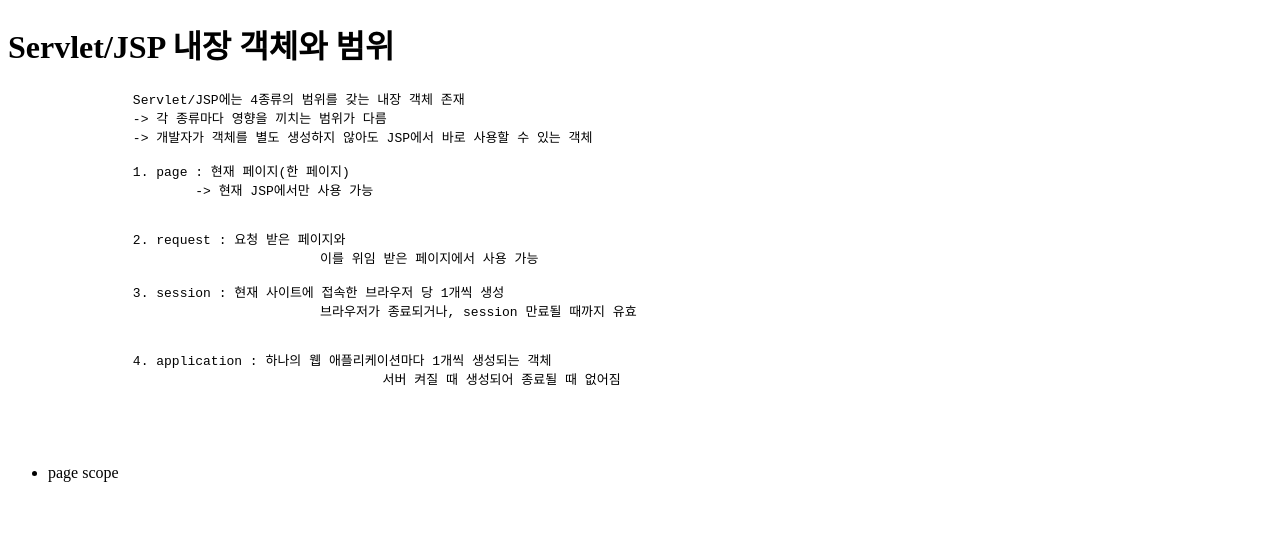
Repository: ahnjaeyoun/6_Server
Page: http://localhost/JSPProject2/scope
These files come from the project's save history. The page is drawn as it stood at one moment and after the next save; the edit follows.
The browser window is 1280 px wide. The pictures show the whole page.
The page is served by Tomcat 9. Other server files are loaded and not shown.

Above is the page before, as saved 2023-09-19 02:19:25.

### JSPProject2/src/main/webapp/WEB-INF/views/scope/scope.jsp
<%@ page language="java" contentType="text/html; charset=UTF-8"
    pageEncoding="UTF-8"%>
<!DOCTYPE html>
<html>
<head>
<meta charset="UTF-8">
<title>Servlet/JSP 내장 객체와 범위</title>
</head>
<body>
	<h1>Servlet/JSP 내장 객체와 범위</h1>

	<pre>
		Servlet/JSP에는 4종류의 범위를 갖는 내장 객체 존재
		-> 각 종류마다 영향을 끼치는 범위가 다름
		-> 개발자가 객체를 별도 생성하지 않아도 JSP에서 바로 사용할 수 있는 객체

		1. page : 현재 페이지(한 페이지)
			-> 현재 JSP에서만 사용 가능


		2. request : 요청 받은 페이지와
					이를 위임 받은 페이지에서 사용 가능

		3. session : 현재 사이트에 접속한 브라우저 당 1개씩 생성
					브라우저가 종료되거나, session 만료될 때까지 유효


		4. application : 하나의 웹 애플리케이션마다 1개씩 생성되는 객체
						서버 켜질 때 생성되어 종료될 때 없어짐



	</pre>

	<ul>
		<li>
			page scope <br>

			<%
				// pageContext : page scope 객체
				pageContext.setAttribute("pageValue", 555);
			%>



		</li>
	</ul>
</body>
</html>

### JSPProject2/src/main/java/edu/kh/jsp/controller/ScopeController.java
package edu.kh.jsp.controller;

import java.io.IOException;

import javax.servlet.RequestDispatcher;
import javax.servlet.ServletContext;
import javax.servlet.ServletException;
import javax.servlet.annotation.WebServlet;
import javax.servlet.http.HttpServlet;
import javax.servlet.http.HttpServletRequest;
import javax.servlet.http.HttpServletResponse;
import javax.servlet.http.HttpSession;

// 서블릿 매핑에서 유효하지 않은 url pattern
// -> 매핑할 주소 제일 앞에 "/" 반드시 작성
// -> 스지 않으면 에러납니다
@WebServlet("/scope")
public class ScopeController extends HttpServlet{

	@Override
	protected void doGet(HttpServletRequest req, HttpServletResponse resp) throws ServletException, IOException {

		RequestDispatcher dispatcher = req.getRequestDispatcher("/WEB-INF/views/scope/scope.jsp");

		// 1.page scope -> JSP에서 확인

		// 2. request scope -> 요청받은 페이지 + 위임받은 페이지
		req.setAttribute("reqValue", 1234);


		// 3. session scope -> 브라우저당 1개
		//					-> 브라우저 종료 또는 session 만료까지 유지

		// session 객체 얻어오는 방법
		HttpSession session = req.getSession();

		session.setAttribute("sessionValue", "999");

		// 4. application scope -> 서버가 켜져있는 동안 유지

		// application 객체를 얻어오는 방법
		// -> request. session 객체에서 얻어오기 가능
		ServletContext application = req.getServletContext();
//		ServletContext application = session.getServletContext();
		application.setAttribute("appValue", 10000);

		// ** 모든 scope는 속성을 세팅하고 얻어오는 방법 동일!!! **






		dispatcher.forward(req, resp);

	}
}

After the next save:
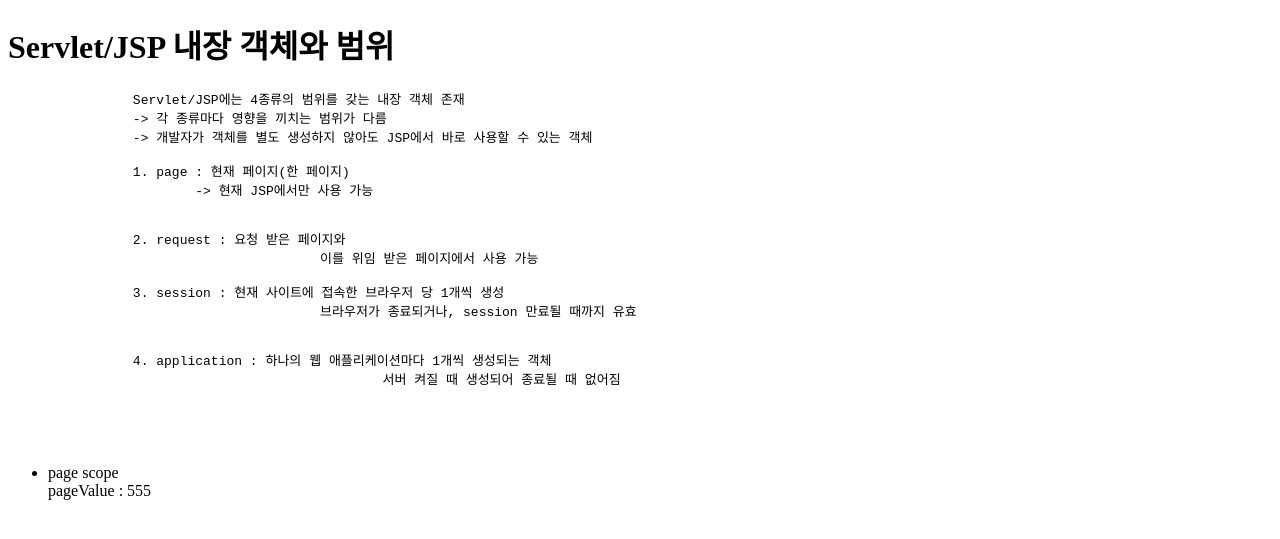
Saved 31 s later.
--- a/JSPProject2/src/main/webapp/WEB-INF/views/scope/scope.jsp
+++ b/JSPProject2/src/main/webapp/WEB-INF/views/scope/scope.jsp
@@ -41,7 +41,7 @@
 				pageContext.setAttribute("pageValue", 555);
 			%>
 
-
+			pageValue : ${ pageScope.pageValue }
 
 		</li>
 	</ul>
